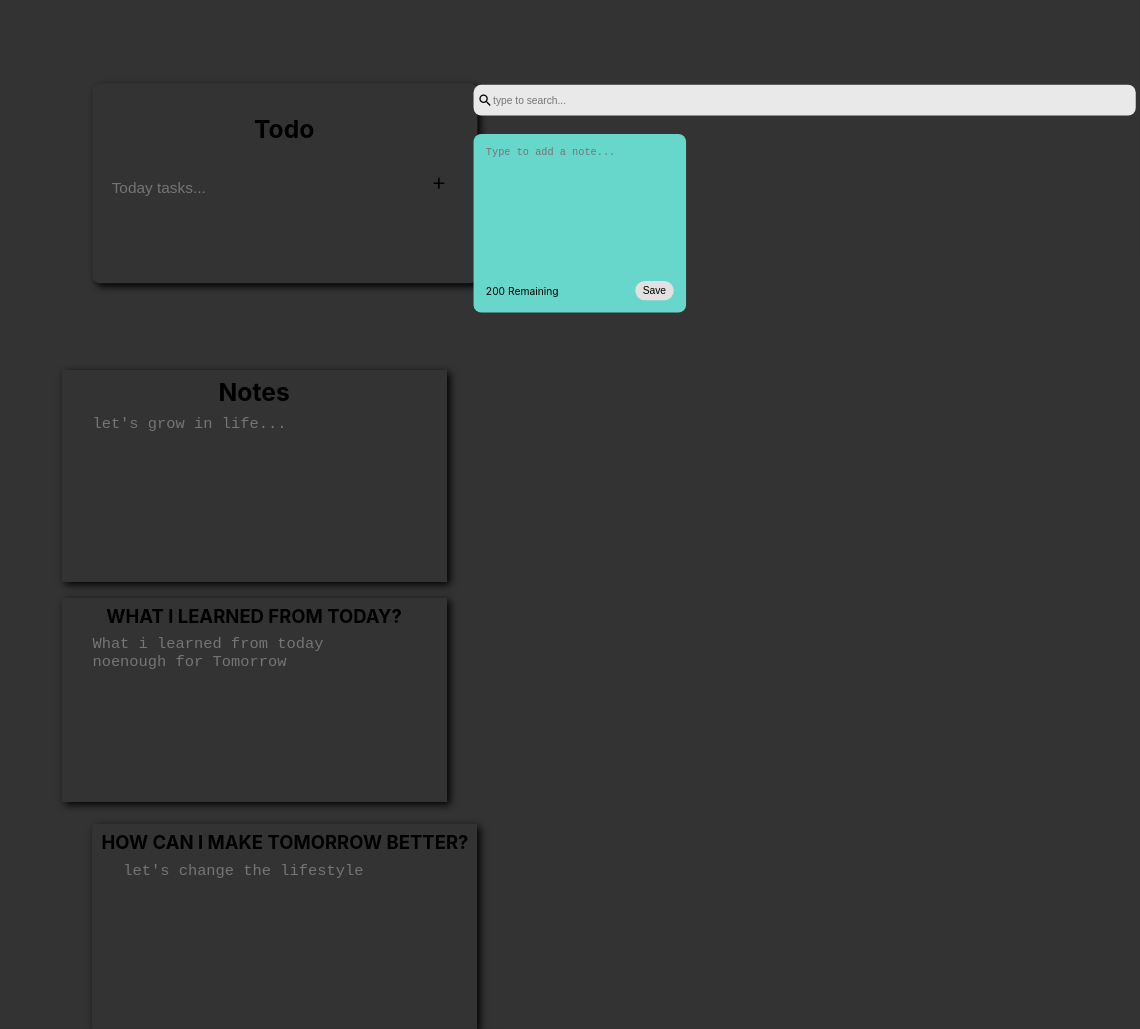
Repository: subhamRsahoo/note
Page: /
An editor plug-in stored every save of this project. The page is shown before and after the next save, followed by the edit.
The browser window is 768 px wide. The page is 1480 px wide, so the pictures cover 1480 px, including what lies to the right of the window. The pictures show the whole page, at 77% of full size.
The project was rebuilt for these pictures with package versions that can differ from the ones it lists, and the page was loaded fresh each time. Also part of the build but not shown: src/components/New folder/components/Note.js.

Above is the page before, as saved 2021-07-15 18:14:44.

### public/index.html
<!DOCTYPE html>
<html lang="en">
  <head>
    <meta charset="utf-8" />
    <link rel="icon" href="%PUBLIC_URL%/favicon.ico" />
    <meta name="viewport" content="width=device-width, initial-scale=1" />
    <meta name="theme-color" content="#000000" />
    <meta
      name="description"
      content="Web site created using create-react-app"
    />
    <link rel="apple-touch-icon" href="%PUBLIC_URL%/logo192.png" />
    <link rel="manifest" href="%PUBLIC_URL%/manifest.json" />


    <!-- <link rel="stylesheet" href="https://cdnjs.cloudflare.com/ajax/libs/font-awesome/5.15.3/css/font-awesome.min.css"/> -->

    <!-- <link rel="stylesheet" href="https://bootswatch.com/4/materia/bootstrap.com"/> -->

    <title>React App</title>
  </head>
  <body>
    <noscript>You need to enable JavaScript to run this app.</noscript>
    <div id="root"></div>
  </body>
</html>

### src/App.js
import React from 'react'
import Hub from './components/Hub';
import Hub1 from './components/aaaa/Hub1';
import A from './components/New folder/A';

function App() {
    return (
        <div>
            <Hub/>
            <Hub1/>
            <A/>
        </div>
    )
}

export default App

### src/components/Hub.js
import React , {useState , useEffect}from "react";
import Header from "./Header";
import Form from "./Form";
import TodoList from "./TodoList";
import './App.css';


const Hub = () => {
  const initalState = JSON.parse(localStorage.getItem("todos")) || [];
  const [input ,setInput] = useState("");
  const [todos ,setTodos] = useState(initalState);
  const [editTodo , setEditTodo] = useState(null);

  useEffect(() => {
    localStorage.setItem("todos" , JSON.stringify(todos))
  }, [todos]);
  return (
    <div className="container">
      <div className="app-wrapper">
        <div>
          <Header/>
        </div>
        <div>
          <Form
          input={input}
          setInput={setInput}
          todos={todos}
          setTodos={setTodos}
          editTodo={editTodo}
          setEditTodo={setEditTodo}
          />
        </div>
        <div>
          <TodoList todos={todos} setTodos={setTodos} setEditTodo={setEditTodo}/>
        </div>
      </div>
    </div>

  );
}

export default Hub;

### src/components/aaaa/Hub1.js
import React, { Component } from 'react';
import FormDataComponent from './components/form-data.component';
class  Hub1 extends Component {
  render() {
    return (
      <div >
        <FormDataComponent />
      </div>
    );
  }
}

export default Hub1;

### src/components/New folder/A.js
import React from 'react';
import './index.css';
import App from './App';


function A() {
    return (
        <div>
            <App />
        </div>
    )
}

export default A

### src/components/Header.js
import React from 'react'

function Header() {
    return (
        <div className="header">
            <h1>Todo</h1>
        </div>
    )
}

export default Header

### src/components/Form.js
import React , {useEffect} from 'react'
import {v4 as uuidv4} from "uuid";
import AddIcon from '@material-ui/icons/Add';

 const Form =({input , setInput , todos , setTodos , editTodo , setEditTodo }) => {
     const updateTodo = (title , id, completed) =>
     {
         const newTodo = todos.map((todo)=>

             todo.id === id ? {title,id, completed} : todo
         )
         setTodos(newTodo);
         setEditTodo("");
     }
     useEffect(() =>
     {
         if(editTodo)
         {
             setInput(editTodo.title);
         }else{
             setInput("")
         }
     }, [setInput , editTodo]);

     const onInputChange= (event) =>
     {
       setInput(event.target.value);
     };

     const onFormSubmit = (event) =>
     {
        event.preventDefault();
        if(!editTodo){
            setTodos([...todos , {id:uuidv4(), title: input , completed: false}]);
            setInput("");
        }else{
            updateTodo(input , editTodo.id , editTodo.completed)
        }
     }
    return (
       <form onSubmit={onFormSubmit}>
           <input type="text" placeholder="Today tasks... " className="task-input"
           value={input} required onChange={onInputChange} limit={3}/>
           <button type="submit" className="Add">
            <AddIcon/>
           </button>
       </form>
    )
}

export default Form

### src/components/TodoList.js
import React from 'react'
import DoneIcon from '@material-ui/icons/Done';
import EditIcon from '@material-ui/icons/Edit';
import DeleteIcon from '@material-ui/icons/Delete';

const TodoList = ({todos , setTodos , setEditTodo}) => {

    const handleDelete = ({id}) =>
    {
        setTodos(todos.filter((todo) => todo.id !== id));
    }

    const handleComplete = (todo) =>
    {
        setTodos(
            todos.map((item) => {
                if(item.id === todo.id){
                    return {...item , completed: !item.completed};
                }
                return item
            })
        )
    }

    const handleEdit =({id}) =>{
        const findTodo = todos.find((todo) => todo.id === id);
        setEditTodo(findTodo);
    };
    return (
        <div>
           {todos.map((todo) => (
               <li className="list-item"  key={todo.id}>
                   <input type="text"
                     value={todo.title}
                     className={`list ${todo.completed ? "complete" : "" }`}
                     onChange={(event)=> event.preventDefault()}
                   />
                   <div>
                       <button className="button-complete task-button" onClick={() => handleComplete(todo)}>
                          <i><DoneIcon/></i>
                       </button>
                       <button className="button-edit task-button" onClick={()=> handleEdit(todo)}>
                          <i><EditIcon/></i>
                       </button>
                       <button className="button-delete task-button"  onClick={()=> handleDelete(todo)}>
                          <i><DeleteIcon/></i>
                       </button>
                   </div>
               </li>
           ))}
        </div>
    );
}

export default TodoList;

### src/components/App.css
::-webkit-scrollbar {
  width: 9px;
}
::-webkit-scrollbar-thumb {
  background-color: #a8a8a8;
}
::-webkit-scrollbar-thumb:hover {
  background: #828282;
}
::-webkit-scrollbar-track {
  background: #cccccc;
}

body {
  font-family: -apple-system, BlinkMacSystemFont, 'Segoe UI', 'Roboto', 'Oxygen',
    'Ubuntu', 'Cantarell', 'Fira Sans', 'Droid Sans', 'Helvetica Neue',
    sans-serif;
  -webkit-font-smoothing: antialiased;
  -moz-osx-font-smoothing: grayscale;
  background: #333;
}

code {
  font-family: source-code-pro, Menlo, Monaco, Consolas, 'Courier New',
    monospace;
}


*
{
  margin: 0;
  padding: 0;
}

.container
{
  margin-top: 10px;
  width: 100%;
  min-height: 55vh;
  display: grid;
  justify-content: left;
  /* margin-left: 40px; */
  right: 500px;
  align-items: center;
  position: relative;
  box-sizing: border-box;
  left: 40px;
}

.app-wrapper
{
  background-color: #333;
  width: 500px;
  min-height: 350px;
  padding: 10px;
  box-sizing: border-box;
  border-radius: 10px;
  box-shadow: 4px 4px 10px #000;
  /* margin-bottom: 150px; */

}

.header h1
{
  color: black;
  text-align: left;
  margin: 30px 0;
  margin-left: 200px;
}

.task-input
{
  outline: none;
  width: 350px;
  padding: 15px;
  margin-right: 25px;
  font-size: 20px;
  color: white;
  background-color: #333;
  border: none;
  border-radius: 10px;
}

.task-input:hover
{
  box-shadow: 6px 4px 10px #000;
}

.Add
{
  width: 70px;
  padding: 5px 5px;
  border: 0;
  cursor: pointer;
  border-style: transparent;
  background-color: #333;
}

.Add:hover
{
  border-radius: 10px;
  box-shadow: 6px 4px 10px #000;
}

.list-item
{
  display: flex;
  margin: 20px 0;
  border: none;
  border-radius: 10px;
  padding: 7px;
  max-height: 20px;
}

.list-item:hover
{
  box-shadow: 6px 4px 10px #000;
}

.button-complete,
.button-delete,
.button-edit
{
  border: none;
  outline: none;
  cursor: pointer;
  background-color: transparent;
  font-size: 20px;
  border-radius: 50%;
}

.button-complete
{
  color: #ff6c6c;
  margin-right: 10px;
  margin-left: 70px;
}

.button-edit
{
  color: #e2d029;
  margin-right: 10px;
}

.button-delete
{
  color: lightseagreen;
}

.complete
{
  text-decoration-style: solid;
  text-decoration-line: line-through;
  text-decoration-color: #ff6c6c;
  opacity: 0.6;
}

.list
{
  width: 250px;
  background-color: #333;
  border: none;
  color: wheat;
  font-size: 20px;
  padding-left: 10px;
  margin-right: 15px;
}

input:focus,
button:focus
{
  outline: none;
}

@media screen and (max-width:768px)
{
  .container
  {
    left : 120px;
  }
  .app-wrapper
  {

    min-width: 400px;
    min-height: 260px;
    /* margin-top: 15px; */
  }
}

@media screen and (max-width:540px)
{
  .container
  {
    left: 40px;
  }
}

@media screen and (max-width: 1020px)
{
  .app-wrapper
  {
    min-width: 200px;
    min-height: 260px;
    margin-top: 15px;
  }
}

### src/components/aaaa/components/form-data.component.js
import React, { Component } from 'react';
import './design.css';
export default class FormDataComponent extends Component {
    userData;

    constructor(props) {
        super(props);

        this.onChangeName = this.onChangeName.bind(this);
        this.onChangeName1 = this.onChangeName1.bind(this);
        this.onChangeName2 = this.onChangeName2.bind(this);
        this.onSubmit = this.onSubmit.bind(this);

        this.state = {
            name: '',
            name1: '',
            name2: ''
        }
    }

    // Form Values
    onChangeName(e) {
        this.setState({ name: e.target.value })
    }

    onChangeName1(e) {
        this.setState({ name1: e.target.value })
    }

    onChangeName2(e) {
        this.setState({ name2: e.target.value })
    }


    // React Life Cycle
    componentDidMount() {
        this.userData = JSON.parse(localStorage.getItem('user'));

        if (localStorage.getItem('user')) {
            this.setState({
                name: this.userData.name,
                name1: this.userData.name1,
                name2: this.userData.name2
            })
        } else {
            this.setState({
                name: '',
                name1: '',
                name2: ''
            })
        }
    }

    componentWillUpdate(nextProps, nextState) {
        localStorage.setItem('user', JSON.stringify(nextState));
    }

    onSubmit(e) {
        e.preventDefault()
        console.log(this.state.props)
    }


    render() {
        return (

                <form className="form" onSubmit={this.onSubmit}>
                    <div className="contain">
                        <h1>Notes</h1>
                        <textarea type="text" placeholder="let's grow in life..." className="text1" value={this.state.name} onChange={this.onChangeName} />
                        {/* <button type="submit" className="btn1">Save</button> */}
                    </div>


                    <div className="contain1">
                        <h2>WHAT I LEARNED FROM TODAY?</h2>
                        <textarea type="text" placeholder="What i learned from today noenough for Tomorrow" className="text2" value={this.state.name1} onChange={this.onChangeName1} />
                        {/* <button type="submit" className="btn2">Save</button> */}
                    </div>

                    <div className="contain2">
                        <h2>HOW CAN I MAKE TOMORROW BETTER?</h2>
                        <textarea type="text" placeholder="let's change the lifestyle" className="text3" value={this.state.name2} onChange={this.onChangeName2} />
                        {/* <button type="submit" className="btn3">Save</button> */}
                    </div>
                </form>

        )
    }
}

### src/components/New folder/index.css
body {
	margin: 0;
	font-family: -apple-system, BlinkMacSystemFont, 'Segoe UI',
		'Roboto', 'Oxygen', 'Ubuntu', 'Cantarell', 'Fira Sans',
		'Droid Sans', 'Helvetica Neue', sans-serif;
	-webkit-font-smoothing: antialiased;
	-moz-osx-font-smoothing: grayscale;
}

code {
	font-family: source-code-pro, Menlo, Monaco, Consolas,
		'Courier New', monospace;
}

.header {
	display: flex;
	align-items: center;
	justify-content: space-between;
}


.container1 {
	display: grid;
	width: 850px;
	position: absolute;
	left: 600px;
	bottom: 340px;
	padding-right: 15px;
	padding-left: 15px;
	height: 350px;
}

.notes-list {
	display: grid;
	grid-gap: 1rem;
	grid-template-columns: repeat(
		auto-fill,
		minmax(250px, 1fr)
	);
}

.note.new {
	background-color: #67d7cc;
	height: 200px;
	margin-bottom: 200px;
}

.note.new:hover
{
	box-shadow: 4px 4px 10px #000;
}

textarea {
	border: none;
	resize: none;
	background-color: #67d7cc;
}

textarea:focus {
	outline: none;
}

.save {
	background-color: #e1e1e1;
	border: none;
	border-radius: 15px;
	padding: 5px 10px 5px 10px;
}

.save:hover {
	background-color: #ededed;
	cursor: pointer;
}

.note {
	background-color: #fef68a;
	border-radius: 10px;
	padding: 1rem;
	height: 200px;
	display: flex;
	flex-direction: column;
	justify-content: space-between;
	white-space: pre-wrap;
}

.note:hover
{
	box-shadow: 4px 4px 10px aqua;
}

.note-footer {
	display: flex;
	align-items: center;
	justify-content: space-between;
}

.delete-icon {
	cursor: pointer;
}

.search {
	display: flex;
	align-items: center;
	background-color: rgb(233, 233, 233);
	width: 850px;
	height: 30px;
	border-radius: 10px;
	padding: 5px;
	margin-bottom: 1.5em;
}

.search:hover
{
	box-shadow: 4px 4px 10px #000;
}

.search input {
	border: none;
	background-color: rgb(233, 233, 233);
	width: 100%;
}

.search input:focus {
	outline: none;
}

### src/components/New folder/App.js
import { useState, useEffect } from 'react';
import { nanoid } from 'nanoid';
import NotesList from './components/NotesList';
import Search from './components/Search';

const App = () => {
	const [notes, setNotes] = useState([
		// {
		// 	id: nanoid(),
		// 	text: 'This is my first note!',
		// 	date: '15/04/2021',
		// },
		// {
		// 	id: nanoid(),
		// 	text: 'This is my second note!',
		// 	date: '21/04/2021',
		// },
		// {
		// 	id: nanoid(),
		// 	text: 'This is my third note!',
		// 	date: '28/04/2021',
		// },
		// {
		// 	id: nanoid(),
		// 	text: 'This is my new note!',
		// 	date: '30/04/2021',
		// },
	]);

	const [searchText, setSearchText] = useState('');

	useEffect(() => {
		const savedNotes = JSON.parse(
			localStorage.getItem('react-notes-app-data')
		);

		if (savedNotes) {
			setNotes(savedNotes);
		}
	}, []);

	useEffect(() => {
		localStorage.setItem(
			'react-notes-app-data',
			JSON.stringify(notes)
		);
	}, [notes]);

	const addNote = (text) => {
		const date = new Date();
		const newNote = {
			id: nanoid(),
			text: text,
			date: date.toLocaleDateString(),
		};
		const newNotes = [...notes, newNote];
		setNotes(newNotes);
	};

	const deleteNote = (id) => {
		const newNotes = notes.filter((note) => note.id !== id);
		setNotes(newNotes);
	};

	return (
		<div >
			<div className='container1'>
				<Search handleSearchNote={setSearchText} />
				<NotesList
					notes={notes.filter((note) =>
						note.text.toLowerCase().includes(searchText)
					)}
					handleAddNote={addNote}
					handleDeleteNote={deleteNote}
				/>
			</div>
		</div>
	);
};

export default App;

### src/components/aaaa/components/design.css
.form
{
    width: 100%;
    height: 250px;
    display: grid;
    margin: 0;
    padding: 0;
}


.contain
{
    display: grid;
    width: 500px;
    left: 40px;
    top: 30px;
    bottom: 10px;
    box-shadow: 4px 4px 10px #000;
    position: relative;
    box-sizing: border-box;

}

.text1
{
    margin-top: 10px;
   width: 400px;
   height: 197px;
   margin-left: 40px;
   background-color: #333;
   border-style: none;
   color: white;
   border-style: none;
   font-size: 20px;
   margin-bottom: 20px;
}

.text1:hover
{
    box-shadow: 4px 4px 10px #000;
}

.contain h1
{
    margin-top: 10px;
   text-align: center;
}

/* .btn1
{
    background-color: #333;
    margin-left: 70px;
    text-decoration-color: white;
    border-style: none;
    color: white;
    cursor: pointer;
    margin-bottom: 10px;
    padding: 8px 8px;
    border-radius: 10px;
}

.btn1:hover
{
    box-shadow: 4px 4px 10px #000;
    padding: 8px 8px;
} */


.contain1
{
    width: 500px;
    top: 50px;
    left: 40px;
    box-shadow: 4px 4px 10px #000;
    position: relative;
    box-sizing: content-box;
    display: grid;
}

.text2
{
    margin-top: 10px;
    width: 400px;
    height: 197px;
    margin-left: 40px;
    background-color: #333;
    border-style: none;
    color: white;
    border-style: none;
    font-size: 20px;
    margin-bottom: 20px;
}

.text2:hover
{
    box-shadow: 4px 4px 10px #000;
}


.contain1 h2
{
    margin-top: 10px;
   text-align: center;
}

/* .btn2
{
    background-color: #333;
    margin-left: 70px;
    text-decoration-color: white;
    border-style: none;
    color: white;
    cursor: pointer;
    margin-bottom: 10px;
    padding: 8px 8px;
    border-radius: 10px;
}

.btn2:hover
{
    box-shadow: 4px 4px 10px #000;
    padding: 8px 8px;
} */

.contain2
{
   width: 500px;
    margin-top: 620px;
    margin-left: 40px;
    /* bottom: 630px; */
    box-shadow: 4px 4px 10px #000;
    position: absolute;
    box-sizing:border-box;
    display: grid;
}

.text3
{
    margin-top: 10px;
    width: 400px;
    height: 197px;
    margin-left: 40px;
    background-color: #333;
    border-style: none;
    color: white;
    border-style: none;
    font-size: 20px;
    margin-bottom: 20px;
}

.text3:hover
{
    box-shadow: 4px 4px 10px #000;
}


.contain2 h2
{
    margin-top: 10px;
   text-align: center;
}

/* .btn3
{
    background-color: #333;
    margin-left: 70px;
    text-decoration-color: white;
    border-style: none;
    color: white;
    cursor: pointer;
    margin-bottom: 10px;
    padding: 8px 8px;
    border-radius: 10px;
}

.btn3:hover
{
    box-shadow: 4px 4px 10px #000;
    padding: 8px 8px;
} */

@media screen and (max-width:768px)
{
    .contain
    {
        left: 80px;
    }
    .contain1
    {
        left: 80px;
    }
    .contain2
    {
        left: 80px;
    }
}

@media screen and (max-width: 540px)
{
    .contain
    {
        left: 0;
    }
    .contain1
    {
        left: 0px;
    }
    .contain2
    {
        left: 0px;
    }
}

### src/components/New folder/components/AddNote.js
import { useState } from 'react';

const AddNote = ({ handleAddNote }) => {
	const [noteText, setNoteText] = useState('');
	const characterLimit = 200;

	const handleChange = (event) => {
		if (characterLimit - event.target.value.length >= 0) {
			setNoteText(event.target.value);
		}
	};

	const handleSaveClick = () => {
		if (noteText.trim().length > 0) {
			handleAddNote(noteText);
			setNoteText('');
		}
	};

	return (
		<div className='note new'>
			<textarea
				rows='8'
				cols='10'
				placeholder='Type to add a note...'
				value={noteText}
				onChange={handleChange}
			></textarea>
			<div className='note-footer'>
				<small>
					{characterLimit - noteText.length} Remaining
				</small>
				<button className='save' onClick={handleSaveClick}>
					Save
				</button>
			</div>
		</div>
	);
};

export default AddNote;

Loaded but not shown: src/index.js (common file); src/components/New folder/components/NotesList.js (common file); src/components/New folder/components/Search.js (common file)

After the next save:
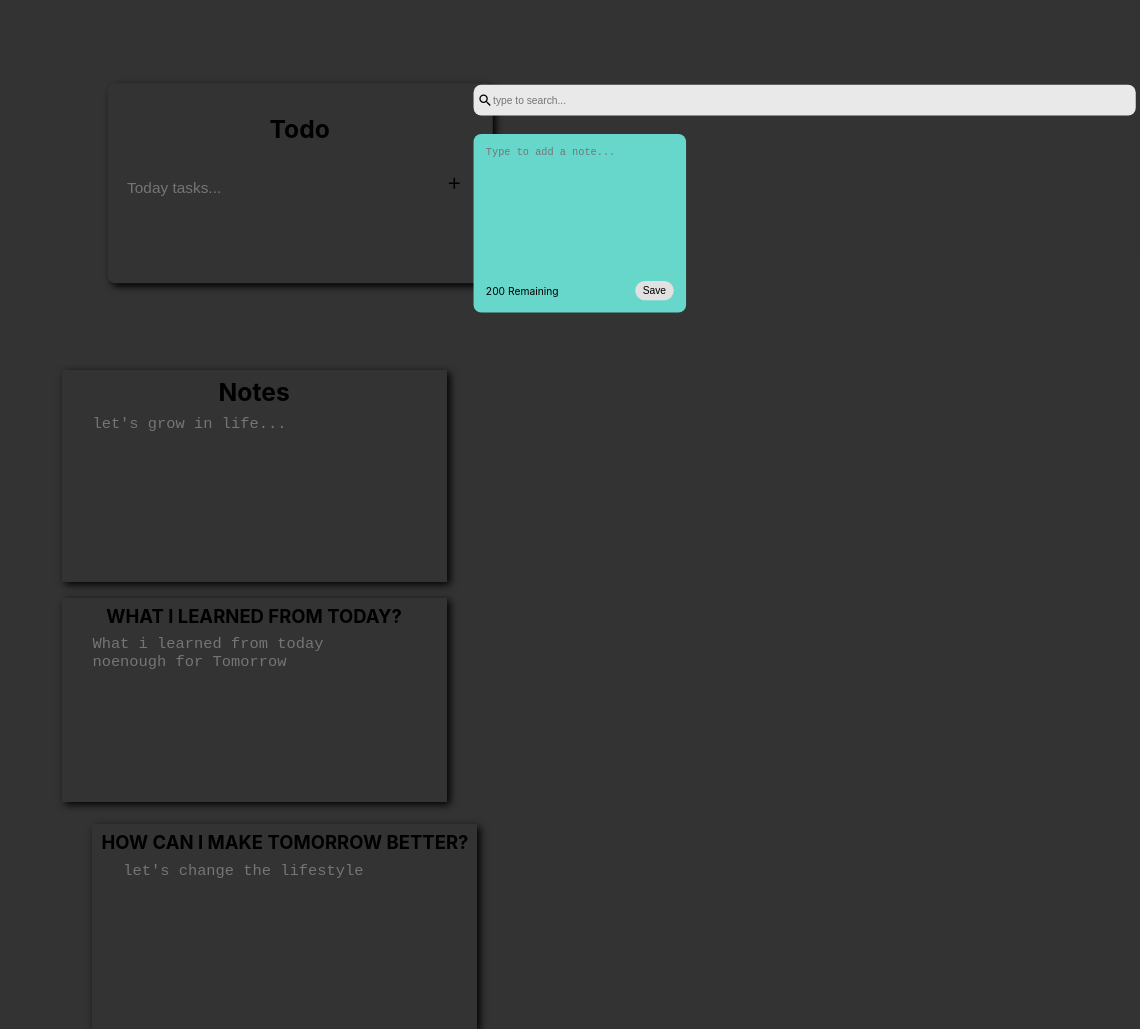
Saved 15 min 12 s later.
--- a/src/components/App.css
+++ b/src/components/App.css
@@ -176,7 +176,7 @@ button:focus
 {
   .container
   {
-    left : 120px;
+    left : 140px;
   }
   .app-wrapper
   {
